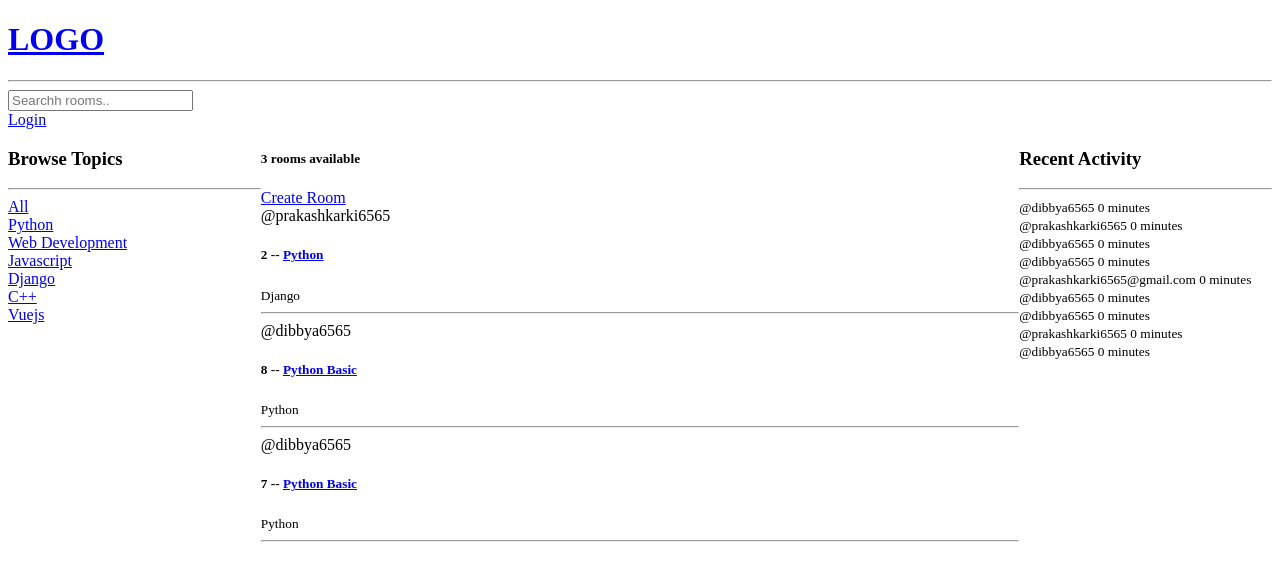
Repository: Dibbya65/Django-Basic
Page: http://localhost/?q=Python
An editor plug-in stored every save of this project. The page is shown before and after the next save, followed by the edit.
The browser window is 1280 px wide. The pictures show the whole page.
The page is served by the project's application, run on Django 3.2 (manage.py). Other server files are loaded and not shown. The page reads the database file committed with the project.

Above is the page before, as saved 2021-11-17 23:32:56.

### base/templates/base/home.html
{% extends "layouts/master.html" %} {% block title %} Home {% endblock title %}
{% block content %}
<style>
  .home-container {
    display: grid;
    grid-template-columns: 1fr 3fr 1fr;
  }

</style>
<div class="home-container">
  <div>
    <h3>Browse Topics</h3>
    <hr />
    <div>
      <a href="{% url 'home' %}">All </a>
    </div>
    {%for topic in topics%}
    <div>
      <a href="{% url 'home' %}?q={{topic.name}}">{{topic.name}}</a>
    </div>
    {%endfor%}
  </div>
  <div>
    <h5>{{room_count}} rooms available</h5>
    <a href="{% url 'create-room' %}">Create Room</a>
    {% for room in rooms %}
    <div>
      {% if request.user == room.host %}

      <a href="{% url 'update-room' room.id %}">Edit </a>

      <a href="{% url 'delete-room' room.id %}">Delete </a>
      {%endif%}
      <span>@{{room.host.username}}</span>
      <h5>
        {{room.id}} --
        <a href="{% url 'room-detail' room.id %}">{{room.name}}</a>
      </h5>
      <small>{{room.topic.name}}</small>
      <hr />
    </div>
    {% endfor %}
  </div>
  <div>
    <h3>Recent Activity</h3>
    <hr>
    {% for message in room_messages %}
      <div>
        <small>@{{message.user}} {{message.created_at|timesince}}</small>
      </div>
    {% endfor %}
  </div>
</div>
{% endblock content %}

### templates/layouts/master.html
<!DOCTYPE html>
<html lang="en">

  <head>
    <meta charset="UTF-8" />
    <meta http-equiv="X-UA-Compatible" content="IE=edge" />
    <meta name="viewport" content="width=device-width, initial-scale=1.0" />
    <title>MySite | {% block title %} {% endblock %}</title>
  </head>

  <body>
    <a href="/">
      <h1>LOGO</h1>
    </a>
    <hr>
    <form action="{% url 'home' %}" method="GET">
      <input type="text" name="q" placeholder="Searchh rooms.." />
    </form>
    {% if request.user.is_authenticated %}
    <p>Hello {{ request.user.username }}</p>
    <a href="{% url 'logout' %}">Logout</a>
    {%else%}
    <a href="{% url 'login' %}">Login</a>
    {% endif %}
    {% if messages %}
    <ul class="messages">
      {% for message in messages %}
      <li>{{ message }}</li>
      {% endfor %}
    </ul>
    {% endif %}
    {% block content %}{% endblock %}
  </body>

</html>

### base/models.py
from django.db import models
from django.contrib.auth.models import User

# Create your models here.


# topic model
class Topic(models.Model):
    name = models.CharField(max_length=200)

    def __str__(self):
        return self.name


# room model


class Room(models.Model):
    host = models.ForeignKey(User, on_delete=models.SET_NULL, null=True)
    topic = models.ForeignKey(Topic, on_delete=models.SET_NULL, null=True)
    name = models.CharField(max_length=200)
    description = models.TextField(null=True, blank=True)
    participants = models.ManyToManyField(User, related_name="participants", blank=True)
    Active = "Active"
    Deactive = "Deactive"
    STATUS_CHOICE = ((Active, Active), (Deactive, Deactive))
    status = models.CharField(max_length=50, choices=STATUS_CHOICE, default=Deactive)
    created_at = models.DateTimeField(auto_now_add=True)
    updated_at = models.DateTimeField(auto_now=True)

    class Meta:
        ordering = ["-updated_at", "-created_at"]

    # string representation
    def __str__(self):
        return self.name


# message model


class Message(models.Model):
    user = models.ForeignKey(User, on_delete=models.CASCADE)
    room = models.ForeignKey(Room, on_delete=models.CASCADE)
    body = models.TextField()
    created_at = models.DateTimeField(auto_now_add=True)
    updated_at = models.DateTimeField(auto_now=True)

    def __str__(self):
        return self.body[0:50]

### base/views.py
from django.shortcuts import render, redirect
from django.http import HttpResponse
from django.db.models import Q
from django.contrib.auth.models import User
from django.contrib.auth import authenticate, login, logout
from django.contrib.auth.forms import UserCreationForm
from django.contrib import messages
from django.contrib.auth.decorators import login_required
from .models import Room, Topic, Message
from .forms import RoomForm

# Create your views here.


def login_page(request):
    page = "login"

    if request.user.is_authenticated:
        return redirect("home")

    if request.method == "POST":
        username = request.POST.get("username").lower()
        password = request.POST.get("password")

        try:
            user = User.objects.get(username=username)
        except:
            messages.error(request, "User does not exist")

        user = authenticate(request, username=username, password=password)

        if user is not None:
            login(request, user)
            return redirect("home")
        else:
            messages.error(request, "Invalid credentials")

    context = {"page": page}
    return render(request, "base/login.html", context)


def logout_user(request):
    logout(request)
    return redirect("home")


def register_page(request):
    form = UserCreationForm()

    if request.method == "POST":
        form = UserCreationForm(request.POST)
        if form.is_valid():
            user = form.save(commit=False)
            user.username = user.username.lower()
            user.save()

            login(request, user)

            return redirect("home")
        else:
            messages.error(request, "User registration failed")

    context = {"form": form}

    return render(request, "base/login.html", context)


def home(request):
    q = request.GET.get("q") if request.GET.get("q") != None else ""
    rooms = Room.objects.filter(
        Q(topic__name__icontains=q) | Q(name__icontains=q) | Q(description__icontains=q)
    )
    topics = Topic.objects.all()
    room_count = rooms.count()
    room_messges = Message.objects.all()

    context = {
        "rooms": rooms,
        "topics": topics,
        "room_count": room_count,
        "room_messages": room_messges,
    }
    return render(request, "base/home.html", context)


def room(request):
    rooms = Room.objects.all()
    context = {"rooms": rooms}
    return render(request, "base/room.html", context)


def roomdetail(request, pk):
    room = Room.objects.get(id=pk)
    room_messages = room.message_set.all()
    participants = room.participants.all()

    if request.method == "POST":
        message = Message.objects.create(
            user=request.user, room=room, body=request.POST.get("body")
        )
        room.participants.add(request.user)
        return redirect("room-detail", pk=room.id)

    context = {
        "room": room,
        "room_messages": room_messages,
        "participants": participants,
    }
    return render(request, "base/single-room.html", context)


@login_required(login_url="login")
def create_room(request):
    form = RoomForm()
    if request.method == "POST":
        form = RoomForm(request.POST)
        if form.is_valid():
            form.save()
            return redirect("home")

    context = {"form": form}
    return render(request, "base/room_form.html", context)


@login_required(login_url="login")
def update_room(request, pk):
    room = Room.objects.get(id=pk)
    form = RoomForm(instance=room)

    if request.user != room.host:
        return HttpResponse("Unauthenticated!")

    if request.method == "POST":
        form = RoomForm(request.POST, instance=room)
        if form.is_valid():
            form.save()
            return redirect("home")

    context = {"form": form}
    return render(request, "base/room_form.html", context)


@login_required(login_url="login")
def delete_room(request, pk):
    room = Room.objects.get(id=pk)
    if request.user != room.host:
        return HttpResponse("Unauthenticated!")

    if request.method == "POST":
        room.delete()
        return redirect("home")
    return render(request, "base/delete.html", {"obj": room})


@login_required(login_url="login")
def delete_message(request, pk):
    msg = Message.objects.get(id=pk)
    if request.user != msg.user:
        return HttpResponse("Unauthenticated!")

    if request.method == "POST":
        msg.delete()
        return redirect("home")
    return render(request, "base/delete.html", {"obj": msg})

### studybud/urls.py
"""studybud URL Configuration

The `urlpatterns` list routes URLs to views. For more information please see:
    https://docs.djangoproject.com/en/3.2/topics/http/urls/
Examples:
Function views
    1. Add an import:  from my_app import views
    2. Add a URL to urlpatterns:  path('', views.home, name='home')
Class-based views
    1. Add an import:  from other_app.views import Home
    2. Add a URL to urlpatterns:  path('', Home.as_view(), name='home')
Including another URLconf
    1. Import the include() function: from django.urls import include, path
    2. Add a URL to urlpatterns:  path('blog/', include('blog.urls'))
"""
from django.contrib import admin
from django.urls import path, include


urlpatterns = [
    path('admin/', admin.site.urls),
    path('', include('base.urls'))
]

### base/urls.py
from django.urls import path
from . import views

urlpatterns = [
    path("login/", views.login_page, name="login"),
    path("register/", views.register_page, name="register"),
    path("logout/", views.logout_user, name="logout"),
    path("", views.home, name="home"),
    path("room/", views.room, name="room"),
    path("room/<str:pk>", views.roomdetail, name="room-detail"),
    path("create/room/", views.create_room, name="create-room"),
    path("update/room/<str:pk>/", views.update_room, name="update-room"),
    path("delete/room/<str:pk>/", views.delete_room, name="delete-room"),
    path("delete/message/<str:pk>/", views.delete_message, name="delete-message"),
]

### db.sqlite3 (the tables this page reads, as SQL)
CREATE TABLE "auth_user" ("id" integer NOT NULL PRIMARY KEY AUTOINCREMENT, "password" varchar(128) NOT NULL, "last_login" datetime NULL, "is_superuser" bool NOT NULL, "username" varchar(150) NOT NULL UNIQUE, "last_name" varchar(150) NOT NULL, "email" varchar(254) NOT NULL, "is_staff" bool NOT NULL, "is_active" bool NOT NULL, "date_joined" datetime NOT NULL, "first_name" varchar(150) NOT NULL);
INSERT INTO "auth_user" VALUES
(1, 'pbkdf2_sha256$260000$xQxpFxKQ9izBbopr3Dv7HS$ZdGFJYFjajdfBM/ZdnlG6gD0dgX/TKmGyoCCve4Q564=', '2021-11-20 11:25:23.454227', 1, 'dibbya6565', '', 'dibyakarki65@gmail.com', 1, 1, '2021-11-13 15:49:17.112151', ''),
(2, 'pbkdf2_sha256$260000$OcP3oMRwcVFmIc3QPSnltC$GpcmQjPkv0wxmOYWlv/oBQ69CVZRvql5qDH1FvXjTJM=', NULL, 0, 'prakashkarki6565', '', '', 0, 1, '2021-11-14 06:46:21.258105', ''),
(3, 'pbkdf2_sha256$260000$bYZBArIVxYmuNuu5Azzl9d$kAIAJAnHPVaaRNyIMyoHKCgxSXknbwf/ubpWAJYvAxQ=', '2021-11-15 11:51:20.490980', 0, 'prakashkarki6565@gmail.com', '', '', 0, 1, '2021-11-15 11:51:19.976423', ''),
(4, 'pbkdf2_sha256$260000$XQVrpvlajut1jjOP6a31hy$SR7rs3yBHY/pGjCoDxqTx/rkvUNTPMNaSyNaJWyzDpk=', '2021-11-20 08:32:44.875888', 0, 'praksh65', '', '', 0, 1, '2021-11-20 08:32:44.429889', '');

CREATE TABLE "base_message" ("id" integer NOT NULL PRIMARY KEY AUTOINCREMENT, "body" text NOT NULL, "created_at" datetime NOT NULL, "updated_at" datetime NOT NULL, "room_id" bigint NOT NULL REFERENCES "base_room" ("id") DEFERRABLE INITIALLY DEFERRED, "user_id" integer NOT NULL REFERENCES "auth_user" ("id") DEFERRABLE INITIALLY DEFERRED);
INSERT INTO "base_message" VALUES
(3, 'Reference site about Lorem Ipsum, giving information on its origins, as well as a random Lipsum generator.Reference site about Lorem Ipsum, giving information on its origins, as well as a random Lipsum generator.', '2021-11-15 16:03:46.782159', '2021-11-15 16:03:46.782159', 9, 1),
(4, 'Generate Lorem Ipsum placeholder text for use in your graphic, print and web layouts, and discover plugins for your favorite writing, design and blogging', '2021-11-15 16:10:58.585794', '2021-11-15 16:10:58.585794', 9, 2),
(5, 'hello from hello', '2021-11-15 16:20:11.326644', '2021-11-15 16:20:11.326644', 9, 1),
(6, 'hello from hello', '2021-11-15 16:28:25.796169', '2021-11-15 16:28:25.796169', 9, 1),
(7, 'hello from hello', '2021-11-15 16:29:16.660659', '2021-11-18 15:37:50.359985', 9, 3),
(8, 'adfasdfasdfsadf', '2021-11-17 11:33:58.185912', '2021-11-17 11:33:58.185912', 9, 1),
(9, 'hey there', '2021-11-17 12:49:37.332335', '2021-11-17 12:49:37.332335', 4, 1),
(10, 'hello from hello', '2021-11-17 12:50:13.252612', '2021-11-18 15:37:45.139973', 4, 2),
(12, 'Hello there I am trying to learning c++', '2021-11-20 06:15:42.120664', '2021-11-20 06:15:42.120664', 12, 1);

CREATE TABLE "base_room" ("id" integer NOT NULL PRIMARY KEY AUTOINCREMENT, "name" varchar(200) NOT NULL, "description" text NULL, "status" varchar(50) NOT NULL, "created_at" datetime NOT NULL, "updated_at" datetime NOT NULL, "host_id" integer NULL REFERENCES "auth_user" ("id") DEFERRABLE INITIALLY DEFERRED, "topic_id" bigint NULL REFERENCES "base_topic" ("id") DEFERRABLE INITIALLY DEFERRED);
INSERT INTO "base_room" VALUES
(2, 'Python', '', 'Deactive', '2021-11-14 05:23:25.762339', '2021-11-18 15:37:04.256833', 2, 4),
(4, 'MERN', 'LLLLLLLLLLLLLLLLLLLLLLLLLLLLLLLLLLLLLLLorem', 'Deactive', '2021-11-14 05:23:38.846450', '2021-11-17 11:30:16.453294', 1, 3),
(7, 'Python Basic', '', 'Deactive', '2021-11-14 12:32:58.730800', '2021-11-14 12:32:58.730800', 1, 1),
(8, 'Python Basic', '', 'Deactive', '2021-11-15 09:51:28.888430', '2021-11-15 09:51:28.888430', 1, 1),
(9, 'Django Room', 'Reference site about Lorem Ipsum, giving information on its origins, as well as a random Lipsum generator.', 'Deactive', '2021-11-15 09:53:06.866918', '2021-11-17 11:29:38.106094', 2, 4),
(10, 'Study Reactjs', 'Hello from learning react js', 'Active', '2021-11-18 13:20:54.521854', '2021-11-18 13:20:54.522855', 1, 3),
(11, 'Are you interest in Learning Web Development?', 'Lorem ipsum, or lipsum as it is sometimes known, is dummy text used in laying out print, graphic or web designs. The passage is attributed to an unknown ...', 'Active', '2021-11-19 12:49:53.172046', '2021-11-19 12:49:53.172046', 1, 2),
(12, 'Let''s Learn C++ Gaming', 'Lorem ipsum is a pseudo-Latin text used in web design, typography, layout, and printing in place of English to emphasise design elements over content. It''s also ...', 'Deactive', '2021-11-19 15:34:35.009148', '2021-11-19 15:41:00.554091', 1, 5),
(13, 'Vuejs Frontent', 'Reference site about Lorem Ipsum, giving information on its origins, ...Reference site about Lorem Ipsum, giving information on its origins, ...', 'Deactive', '2021-11-20 10:40:24.435527', '2021-11-20 10:40:24.435527', 4, 6);

CREATE TABLE "base_topic" ("id" integer NOT NULL PRIMARY KEY AUTOINCREMENT, "name" varchar(200) NOT NULL);
INSERT INTO "base_topic" VALUES
(1, 'Python'),
(2, 'Web Development'),
(3, 'Javascript'),
(4, 'Django'),
(5, 'C++'),
(6, 'Vuejs ');

After the next save:
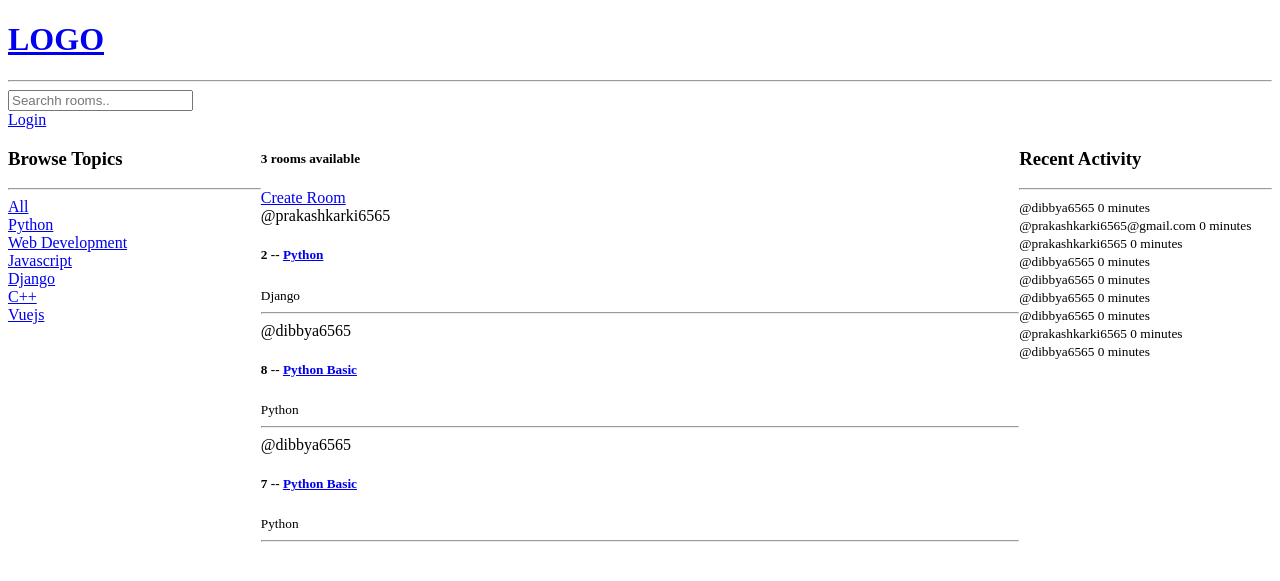
Saved 17 s later.
--- a/base/models.py
+++ b/base/models.py
@@ -46,5 +46,8 @@ class Message(models.Model):
     created_at = models.DateTimeField(auto_now_add=True)
     updated_at = models.DateTimeField(auto_now=True)
 
+    class Meta:
+        ordering = ["-updated_at", "-created_at"]
+
     def __str__(self):
         return self.body[0:50]
